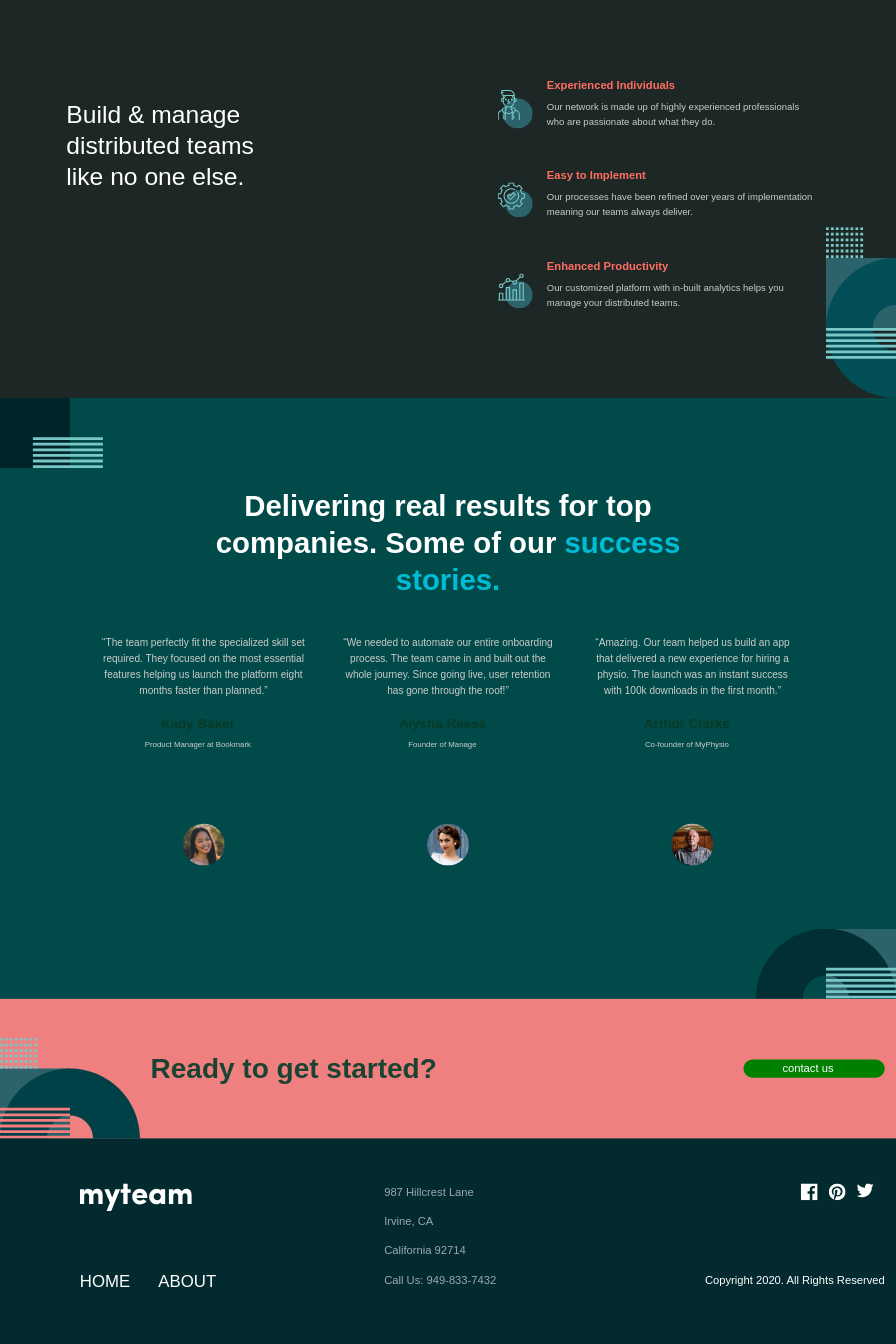
Repository: Gabriel221-dev/Project-page-main
Page: /
The author's editor kept a copy of each file at every save. The page is drawn from the files as they stood at one save, then again after the next save.
The browser window is 1280 px wide. The pictures show the part of the page from y = 692 to 2612 px (the page is 2612 px tall), at 70% of full size.
The project was rebuilt for these pictures with package versions that can differ from the ones it lists, and the page was loaded fresh each time. Also part of the build but not shown: vite.config.js, src/pages/About.css, src/components/DirectorCard.css, src/components/DirectorCard.jsx, src/pages/About.jsx, src/pages/Contact.css, src/pages/Contact.jsx.

Above is the page before, as saved 2024-07-23 18:18:59.

### src/App.jsx
import { BrowserRouter as Router, Route, Routes } from "react-router-dom";
import Home from "./pages/Home";
import About from "./pages/About";
import Contact from "./pages/Contact";
import Header from "./components/Header";
import Footer from "./components/Footer";
import "./styles/global.css";

const App = () => {
  return (
    <Router>
      <Header />
      <main>
        <Routes>
          <Route path="/" element={<Home />} />
          <Route path="/about" element={<About />} />
          <Route path="/contact" element={<Contact />} />
        </Routes>
      </main>
      <Footer />
    </Router>
  );
};

export default App;

### src/components/Header.jsx
import { useState } from "react";
import { NavLink } from "react-router-dom";
import { FaBars } from "react-icons/fa";
import Sidebar from "./Sidebar";
import "./Header.css";
import { IconContext } from "react-icons";

const Header = () => {
  const [isSidebarToggled, setSidebarToggled] = useState(false);

  const handleToggle = () => {
    setSidebarToggled((prev) => !prev);
  };

  return (
    <>
      <IconContext.Provider value={{ color: "#fff" }}>
        <header className="header">
          <nav className="header__nav">
            <NavLink className="header__brand" to="/">
              <img
                className="header__logo"
                src="/Imagez/logo.svg"
                alt="Logo"
                loading="eager"
                width="160"
              />
            </NavLink>

            <ul className="header__navigation">
              <li className="header__link">
                <NavLink
                  className={({ isActive }) =>
                    isActive
                      ? "header__anchor header__anchor--active"
                      : "header__anchor"
                  }
                  to="/"
                >
                  home
                </NavLink>
              </li>
              <li className="header__link">
                <NavLink
                  className={({ isActive }) =>
                    isActive
                      ? "header__anchor header__anchor--active"
                      : "header__anchor"
                  }
                  to="/about"
                >
                  about
                </NavLink>
              </li>

              <NavLink className="header__btn" to="/contact">
                contact us
              </NavLink>
            </ul>

            <button
              className="header__menu"
              title="Toggle Menu"
              onClick={handleToggle}
            >
              <FaBars />
            </button>
          </nav>
          <Sidebar isOpen={isSidebarToggled} onToggle={handleToggle} />
        </header>
      </IconContext.Provider>
    </>
  );
};

export default Header;

### src/styles/global.css
/* Reset some default browser styles */
* {
    margin: 0;
    padding: 0;
    box-sizing: border-box;
  }

  body {
    font-family: 'Arial', sans-serif;
    line-height: 1.6;
    color: #333;
    background-color: #004953;
    margin: 0;
    padding: 0;
  }

  /* Headings */
  h1, h2, h3, h4, h5, h6 {
    margin-bottom: 1rem;
    line-height: 1.25;
  }

  h1 {
    font-size: 2.5rem;
  }

  h2 {
    font-size: 2rem;
  }

  h3 {
    font-size: 1.75rem;
  }

  h4 {
    font-size: 1.5rem;
  }

  h5 {
    font-size: 1.25rem;
  }

  h6 {
    font-size: 1rem;
  }

  /* Paragraphs */
  p {
    margin-bottom: 1rem;
  }

  /* Links */
  a {
    color: #007BFF;
    text-decoration: none;
  }

  a:hover {
    text-decoration: underline;
  }

  /* Images */
  img {
    max-width: 100%;
    height: auto;
  }

  /* Forms */
  input, textarea, button {
    font-family: inherit;
    font-size: inherit;
  }

  input, textarea {
    width: 100%;
    padding: 0.5rem;
    margin-bottom: 1rem;
    border: 1px solid #ccc;
    border-radius: 4px;
  }

  button {
    padding: 0.5rem 1rem;
    background-color: #007BFF;
    color: #fff;
    border: none;
    border-radius: 4px;
    cursor: pointer;
  }

  button:hover {
    background-color: #0056b3;
  }

  /* Utility Classes */
  .container {
    max-width: 1200px;
    margin: 0 auto;
    padding: 0 1rem;
  }

  .text-center {
    text-align: center;
  }

  .mt-1 {
    margin-top: 1rem;
  }

  .mb-1 {
    margin-bottom: 1rem;
  }

  .mt-2 {
    margin-top: 2rem;
  }

  .mb-2 {
    margin-bottom: 2rem;
  }

  .mt-3 {
    margin-top: 3rem;
  }

  .mb-3 {
    margin-bottom: 3rem;
  }

  .mt-4 {
    margin-top: 4rem;
  }

  .mb-4 {
    margin-bottom: 4rem;
  }

  .mt-5 {
    margin-top: 5rem;
  }

  .mb-5 {
    margin-bottom: 5rem;
  }

### src/components/ContactBanner.jsx
import { Link } from "react-router-dom";
import "./ContactBanner.css";

const ContactBanner = () => {
  return (
    <div className="banner">
      <div className="banner__content">
        <h1 className="banner__title">Ready to get started?</h1>
        <Link to="/contact" className="banner__btn">
          contact us
        </Link>
      </div>
    </div>
  );
};

export default ContactBanner;

### src/pages/Home.css
/* Variables */
:root {
    --midnight-green: #004d40;
    --light-coral: #ff6f61;
    --rapture-blue: #00bcd4;
    --deep-jungle-green: #002b22;
    --sacramento-state-green: #003b36;
  }

  /* Main styles */
  /* .home {
    padding: 10px;
  } */

  .find {

    display: flex;
    align-items: center;
    justify-content: center;
    padding: 50px 0;
    position: relative;
    background-image: url('/Imagez/bg-pattern-home-1.svg');
    background-repeat: no-repeat;
    background-position: left -100px top 56px;
  }

  @media only screen and (max-width: 768px) {
    .find {
      background-image: none;
    }
  }

  .find__content {
    display: flex;
    flex-direction: row;
    align-items: center;
    justify-content: center;
    text-align: left;
    color: white;
    background-image:url('/Imagez/bg-pattern-home-2.svg');
    background-repeat: no-repeat;
    background-position: right bottom ;
  }

  @media only screen and (max-width: 768px) {
    .find__content {
      flex-direction: column;
    }
  }

  .find__title {
    font-size: 6.8rem;
    margin-bottom: 4rem;
    padding-left: 2rem;
    padding-bottom: 3rem;
    flex: 1;
    max-width: 700px;
  }

  @media only screen and (max-width: 768px) {
    .find__title {
      text-align: center;
      margin: 0 auto;
      font-size: 2rem;
    }
  }

  .find__title--coral {
    color: var(--light-coral);
  }

  .find__description {
    font-size: 1rem;
    padding: 2rem 0.5rem;
    margin: 1rem 0.5rem;
    max-width: 420px;
    flex: 1;
  }

  @media only screen and (max-width: 768px) {
    .find__description {
      text-align: center;
      margin: 0 auto;
      font-size: 1rem;
    }
  }

  .build {
    background-color: #1c2726;
    padding: 50px 0;
    display: flex;
    height: 100%;
    align-items: center;
    justify-content: center;
    position: relative;
    background-image: url('/Imagez/bg-pattern-home-3.svg');
    background-repeat: no-repeat;
    background-position: right -100px bottom;
  }

  @media only screen and (max-width: 768px) {
    .build {
      background-position: right -100px top;
      flex-direction: column;
    }
  }

  .build__content {
    display: flex;
    flex-direction: row;
    align-items: flex-start;
    justify-content: space-between;
    max-width: 1200px;
    width: 100%;
    margin-top: 1rem;
    padding: 1.8rem;
  }

  @media only screen and (max-width: 768px) {
    .build__content {
      flex-direction: column;
    }
  }

  .build__title {
    font-size: 2.2rem;
    color: #fff;
    margin: 10px -24px;
    flex: 1;
    max-width: 420px;
    padding: 50px;
    text-align: left;
    font-weight: 200;
  }

  @media only screen and (max-width: 768px) {
    .build__title {
      margin-bottom: 20px;
      text-align: left;
      padding: 1rem;
      width: 250px;
      font-size: 2rem;
      text-align: left;
      justify-content: flex-start;
    }
  }

  .build__items {
    font-size: 0.5rem;
    display: flex;
    flex-direction: column;
    flex: 1;
    margin: 10px 50px;
    max-width: 450px;
  }

  @media only screen and (max-width: 768px) {
    .build__items {
      max-width: 100%;
    }
  }

  .build__item {
    display: flex;
    align-items: center;
    margin: 20px 0;
    text-align: left;
  }

  @media only screen and (max-width: 768px){
    .build__item{
      flex-direction: column;
      align-items: center;
    }
  }

  .build__icon {
    width: 50px;
    margin-right: 20px;

  }

  @media only screen and (max-width: 768px) {
    .build__icon {
      margin-bottom: 10px; /* Space between icon and text */
    }
  }

  .build__text h3 {
    font-size: 1rem;
    color: #ff6f61;
    font-weight: bold;
    margin-bottom: 10px;
  }

  @media screen and (max-width:768px){
    .build__text h3{
      padding: 1rem;
      font-size: 1rem;
      text-align: center;

    }
  }

  .build__text p {
    font-size: 0.85rem;
    color: #ccc;
    margin-top: 0;
  }

  @media screen and (max-width:768px){
    .build__text p{
      padding-bottom: .5rem;
      font-size: .8rem;
      width: 340px;
      text-align: center;
    }
  }

  .delivering {
    background-color: #004b49;
    padding: 50px 0px;
    position: relative;
    background-image:url(/Imagez/bg-pattern-home-4-about-3.svg), url(/Imagez/bg-pattern-home-5.svg);
    background-repeat: no-repeat;
    background-position: left top, right bottom;
    width: auto;
  }

  .delivering__content {
    text-align: center;
    max-width: 1000px;
    margin: 0 auto;
    grid-column: center-start / center-end;
    grid-row: 2 / 3;
    display: grid;
    grid-template-rows: 140px repeat(2, auto) 140px;
  }

  @media only screen and (max-width: 768px) {
    .delivering__content {
      grid-template-rows: 100px repeat(2, auto) 100px;
    }
  }

  .delivering__title {
    font-size: 41.9px;
    font-weight: bold;
    color: #fff;
    text-align: center;
    max-width: 49.5rem;
    height: 170px;
    margin-left: auto;
    margin-right: auto;
    margin-top: 79px;
    /* background-color:greenyellow; */
  }

  @media only screen and (max-width: 768px) {
    .delivering__title {
      margin-top: 4.8rem;
      font-size: 1.9rem;
      display: block;
      max-width: 550px;
      margin-bottom: 60px;
      padding: 1.5rem;
    }
  }

  .delivering__title--rapture-blue {
    color: var(--rapture-blue);
  }

  .delivering__quotes {
    justify-content: center;
    grid-row: 3 / 4;
    display: grid;
    grid-template-columns: repeat(3, 1fr);
    column-gap: 3rem;
    margin-top: 2rem;
    height: 350px;
    max-width: 1000px;
    margin-top: 8rem;
  }

  @media only screen and (max-width: 768px) {
    .delivering__quotes {
      grid-template-columns: 1fr;
      grid-template-rows: repeat(3, min-content);
      column-gap: 0;
      row-gap: 2.5rem;
      padding: 2.5rem;
      margin-top: 6.8rem;
    }
  }

  .delivering__quote {
    text-align: center;
    display: flex;
    flex-direction: column;
    justify-content: space-between;
    height: 100%;
        margin-left: auto;
    margin-right: auto;
  }

  .delivering__quote p {
    font-size: .9rem;
    color: #ccc;
    display: -webkit-box;
    -webkit-box-orient: vertical;
    -webkit-line-clamp: 4;
    overflow: hidden;
    text-overflow: ellipsis;
    margin-top: 20px;
  }

  .delivering__quote h3 {
    font-size: 1.2rem;
    color: #083a26;
    margin:-8rem 2rem -3rem 1rem;
  }

  .delivering__quotes .name__tag {
    font-size: .7rem;
    margin:-5rem 1rem -2rem 0rem;
  }

  .delivering__quote img {
    width: 60px;
    height: 60px;
    border-radius: 50%;
    align-self: center;
    margin: 0rem ;

  }


  @media only screen and (max-width: 768px) {
    .delivering__quotes {
      grid-template-columns: 1fr;
      grid-template-rows: repeat(3, min-content);
      column-gap: 0;
      row-gap: 2.5rem;
      padding: 2.5rem;
      height: auto
    }

    .delivering__quote {
      height: auto; /* Adjust height for smaller screens */
    }

    .delivering__quote p {
      -webkit-line-clamp: 3; /* Limits the text to 3 lines on smaller screens */
    }

    .delivering__quote h3, p{
      margin: .5rem;
    }

    .delivering__quote .name__tag{
      margin: -4px;
    }

    .delivering__quote img{
      margin: 15px;
    }
  }

### src/components/Sidebar.jsx
import PropTypes from "prop-types";
import { useNavigate } from "react-router-dom";
import { AiOutlineClose } from "react-icons/ai";
import "./Sidebar.css";
import { IconContext } from "react-icons";

const Sidebar = ({ isOpen, onToggle }) => {
  const navigate = useNavigate();

  const handleNavigate = (path) => {
    navigate(path);
    onToggle();
  };

  return (
    <IconContext.Provider value={{ color: "#fff" }}>
      <div className={`sidebar ${isOpen ? "sidebar--open" : ""}`}>
        <div className="sidebar__overlay" onClick={onToggle}></div>
        <div className="sidebar__content">
          <div className="sidebar__header">
            <button
              className="sidebar__close"
              title="Close Menu"
              onClick={onToggle}
            >
              <AiOutlineClose />
            </button>
          </div>

          <ul className="sidebar__navigation">
            <li className="sidebar__link">
              <button
                className="sidebar__anchor"
                onClick={() => handleNavigate("/")}
              >
                home
              </button>
            </li>
            <li className="sidebar__link">
              <button
                className="sidebar__anchor"
                onClick={() => handleNavigate("/about")}
              >
                about
              </button>
            </li>
          </ul>

          <button
            className="sidebar__btn"
            onClick={() => handleNavigate("/contact")}
          >
            contact us
          </button>
        </div>
      </div>
    </IconContext.Provider>
  );
};

Sidebar.propTypes = {
  isOpen: PropTypes.bool.isRequired,
  onToggle: PropTypes.func.isRequired,
};

export default Sidebar;

### src/components/ContactBanner.css
.banner {
    background-color: #f08080;
    height: 200px;
    display: grid;
    column-gap: 3rem;
    align-items: center;
    align-content: center;
    background-image:url(/Imagez/bg-pattern-home-6-about-5.svg);
    background-repeat: no-repeat;
    background-position: left bottom;

    @media only screen and (max-width: 768px) {
      height: 302px;
    }
  }

  .banner__content {
    grid-column: 2 / 10;
    display: grid;
    grid-template-columns: repeat(12, 1fr);
    align-items: center;
    grid-column: center-start / center-end;
    column-gap: 3rem;

    @media only screen and (max-width: 768px) {
      grid-template-rows: repeat(2, min-content);
      grid-template-columns: 1fr;
      column-gap: 0;
      row-gap: 2.4rem;
      text-align: center;
    }
  }

  .banner__title {
    color: #1b4332;
    margin: 1rem;
    grid-column:1 / 7;


    @media only screen and (max-width: 768px) {
      grid-column: 2 / 9;
    }

    @media only screen and (max-width: 480px) {
      grid-column: 1 / 2;
    }
  }

  .banner__btn {
    grid-column: 10 / -1;
    background-color: green;
    color: #ffffff;
    margin: 1rem;
    border-radius: 1rem;
    padding-left: 3.5rem;


    @media only screen and (max-width: 768px) {
        grid-column: 9 / -1;
      margin: auto;
      padding: .5rem;
    }
  }

  /* New styles for mobile layout */
  @media only screen and (max-width: 480px) {
    .banner__content {
      grid-template-columns: auto; /* Remove explicit row heights */
      text-align: center; /* Center align content on smaller screens */
    }

    .banner__title {
      grid-column: 1 / -1; /* Span across all columns */
      margin-bottom: 1rem; /* Add space between title and button */
    }
  }

### src/components/Sidebar.css
.sidebar {
    display: none;
    width: 100%;
    height: 100%;
    position: fixed;
    top: 0;
    left: 0;
    z-index: 100;
    transition: all 0.3s ease;
  }

  .sidebar--open {
    display: grid;
    grid-template-columns: 1fr min-content;
  }

  .sidebar__overlay {
    grid-column: 1 / -1;
    grid-row: 1 / 2;
    background-color: rgba(0, 0, 0, 0.5);
    transition: background-color 0.3s ease;

  }

  .sidebar__content {
    grid-column: 2 / 3;
    grid-row: 1 / 2;
    background-color: #194c4c;
    width: 250px;
    display: grid;
    grid-template-rows: 128px repeat(2, min-content);
    grid-template-columns: 48px 1fr 25px;
    transition: width 0.3s ease;
    background-image: url(/Imagez/bg-pattern-about-1-mobile-nav-1.svg);
    background-repeat: no-repeat;
    background-position: right -100px bottom;
    transition: width .4s ease;

  }

  .sidebar__header {
    grid-column: 2 / 3;
    justify-self: end;
    align-self: center;
  }

  .sidebar__close {
    background-color:#194c4c ;
    width: 30px;
    border: 0;
    outline: 0;
  }

  .sidebar__close:hover{
    background-color:#194c4c;
  }

  .sidebar__navigation {
    grid-column: 2 / 3;
    list-style: none;
    margin: 0;
    padding: 0;
  }

  .sidebar__link {
    margin-bottom: 2.4rem;
  }

  .sidebar__anchor {
    font-size: 1.1rem;
    color: #fff;
    background: transparent;
    border: none;
    text-decoration: none;
    cursor: pointer;
  }

  .sidebar__anchor:hover{
    background:none;
  }

  .sidebar__btn {
    grid-column: 2 / 3;
    background-color: transparent;
    border: 1px solid #fff;
    color: #fff;
    padding: 0.5rem 1rem;
    text-decoration: none;
    display: inline-block;
    cursor: pointer;
    width: 159px;
  }

  .sidebar__btn:hover{
    background:white;
    color:#194c4c;
    transform: scale(1.05);
    transition: transform 0.3s ease-in-out, border-bottom 0.6s ease;
  }

  .sidebar--open .sidebar__overlay {
    background-color: rgba(0, 0, 0, 0.5);
  }

  .sidebar--open .sidebar__content {
    width: 250px;
  }

  @media (max-width: 768px) {
    .header__menu {
      display: grid;
      background-color: transparent;
      width: 24px;
      border: 0;
      outline: 0;
      justify-self: end;
      align-self: center;
      margin-left: auto;
    }
  }

Loaded but not shown: index.html (common file); src/main.jsx (common file); src/pages/Home.jsx (120 lines, source omitted); src/components/Footer.jsx (89 lines, source omitted); src/components/Footer.css (209 lines, source omitted); src/components/Header.css (130 lines, source omitted)

After the next save:
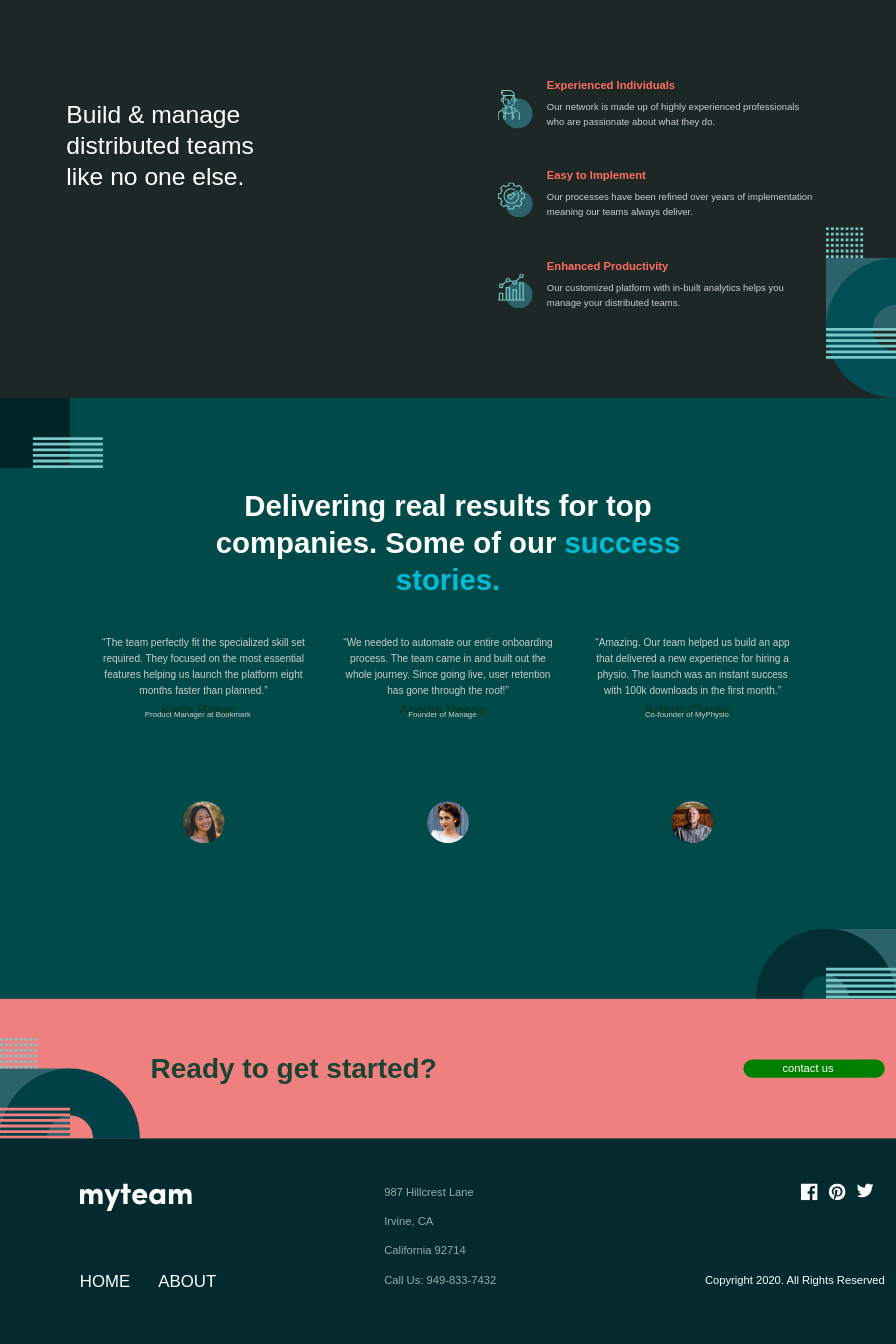
Saved 30 s later.
--- a/src/pages/Home.css
+++ b/src/pages/Home.css
@@ -331,8 +331,7 @@
     height: 60px;
     border-radius: 50%;
     align-self: center;
-    margin: 0rem ;
-
+    margin: 2rem ;
   }
 
 

After the save that followed:
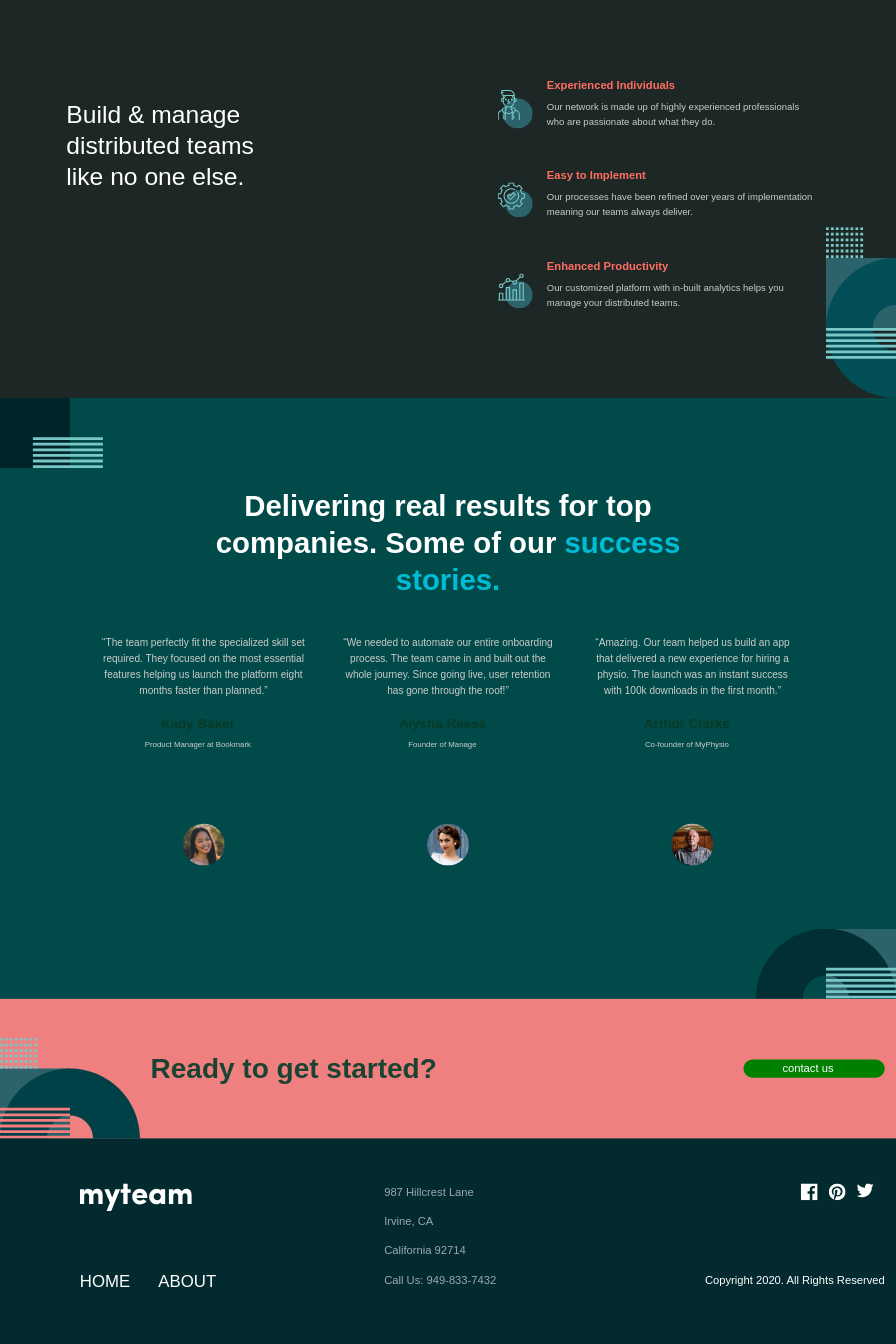
Saved 6 s later.
--- a/src/pages/Home.css
+++ b/src/pages/Home.css
@@ -331,7 +331,7 @@
     height: 60px;
     border-radius: 50%;
     align-self: center;
-    margin: 2rem ;
+    margin: 0rem ;
   }
 
 
